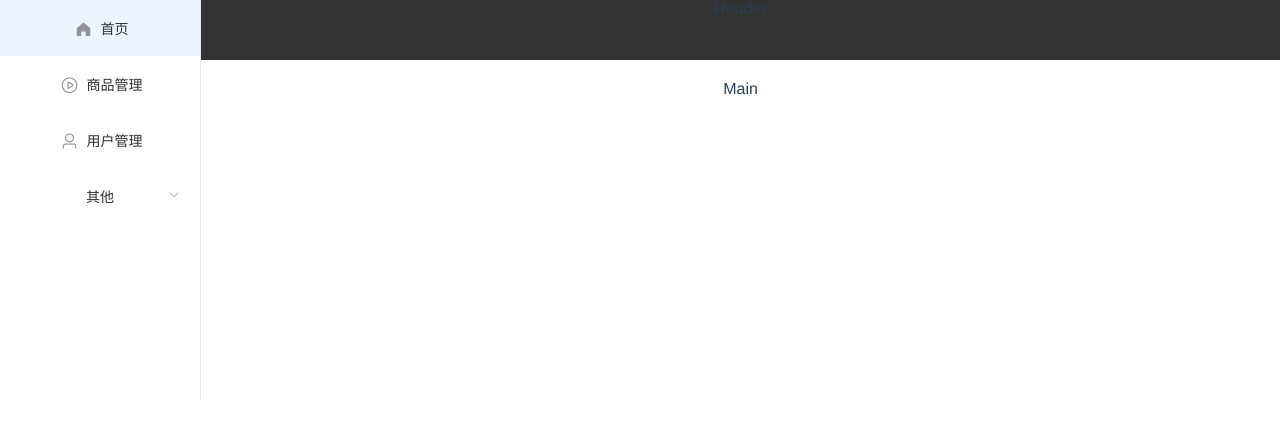
Repository: zhangwen001208/cmd
Page: /
An editor plug-in stored every save of this project. The page is shown before and after the next save, followed by the edit.
The browser window is 1280 px wide. The pictures show the whole page.
The project was rebuilt for these pictures with package versions that can differ from the ones it lists, and the page was loaded fresh each time. Also part of the build but not shown: vue.config.js.

Above is the page before, as saved 2022-08-24 17:02:18.

### src/main.js
import Vue from 'vue'
import App from './App.vue'
import router from './router'
import store from './store'
import ElementUI from 'element-ui';
import 'element-ui/lib/theme-chalk/index.css';

import 'normalize.css'
import './assets/css/index.less'

Vue.config.productionTip = false

Vue.use( ElementUI )

new Vue({
  router,
  store,

  render: h => h(App)
}).$mount('#app')

### src/App.vue
<template>
  <div id="app">
    <router-view/>
  </div>
</template>

<style lang="less">
#app {
  font-family: Avenir, Helvetica, Arial, sans-serif;
  -webkit-font-smoothing: antialiased;
  -moz-osx-font-smoothing: grayscale;
  text-align: center;
  color: #2c3e50;
}

nav {
  padding: 30px;

  a {
    font-weight: bold;
    color: #2c3e50;

    &.router-link-exact-active {
      color: #42b983;
    }
  }
}
</style>

### src/router/index.js
import Vue from 'vue'
import VueRouter from 'vue-router'
import HomeView from '../views/HomeView.vue'

Vue.use(VueRouter)

const routes = [
  {
    path: '/',
    name: 'home',
    component: HomeView
  },

]

const router = new VueRouter({
  mode: 'history',
  base: process.env.BASE_URL,
  routes
})

export default router

### src/assets/css/index.less
@import './base.less';

### src/views/HomeView.vue
<template>
  <div class="home">
      <el-container style="height: 100%">
        <el-aside width="auto">
          <home-aside/>
        </el-aside>
        <el-container>
          <el-header class="header">Header</el-header>
          <el-main>Main</el-main>
        </el-container>
    </el-container>


  </div>
</template>

<script>
// @ is an alias to /src

import HomeAside from '../components/HomeAside.vue'

export default {
  name: 'HomeView',
  components: {
    HomeAside

  }
}
</script>
<style lang="less" scoped>
.header{
  background-color: #333;
}

</style>

### src/assets/css/base.less

body{
    padding: 0;
    margin: 0;
}

html,body,#app {
    width: 100%;
    height: 100%;
}

### src/components/HomeAside.vue
<template>
<el-menu default-active="1-4-1" class="el-menu-vertical-demo" @open="handleOpen" @close="handleClose" :collapse="isCollapse">
  <el-menu-item v-for="item in nochildren" index="item.path" :key="item.path">
    <i :class="'el-icon-'+item.icon"></i>
    <span slot="title">{{item.label}}</span>
  </el-menu-item>
  <el-submenu v-for="item in haschildren" index="item.path" :key="item.path">
    <template slot="title">
      <i class="'el-icon-'+item.icon"></i>
      <span slot="title">{{item.label}}</span>
    </template>
    <el-menu-item-group v-for="subitem in item.children" index='subitem.path' :key="subitem.path">

      <el-menu-item index="1-1">{{subitem.label}}</el-menu-item>

    </el-menu-item-group>

  </el-submenu>


</el-menu>

</template>

<script>
export default {
    data() {
      return {
        isCollapse: false,
        menu:[
          {
            path: '/',
            name: 'home',
            label: '首页',
            icon: 's-home',
            url: 'Home/home'
          },
           {
            path: '/mall',
            name: 'mall',
            label: '商品管理',
            icon: 'video-play',
            url: 'MallManage/MallManage'
          },
           {
            path: '/user',
            name: 'user',
            label: '用户管理',
            icon: 'user',
            url: 'UserManage/UserManage'
          },
           {

            label: '其他',
            icon: 'location',
           children: [
            {
            path: '/page1',
            name: 'page1',
            label: '页面1',
            icon: 'setting',
            url: 'Other/pageOne'
            },
            {
            path: '/page2',
            name: 'page2',
            label: '页面2',
            icon: 'setting',
            url: 'Other/pageTwo'
            }

           ]
          }

        ]
      };
    },
    methods: {
      handleOpen(key, keyPath) {
        console.log(key, keyPath);
      },
      handleClose(key, keyPath) {
        console.log(key, keyPath);
      }
    },
    computed: {
      nochildren() {
        return this.menu.filter(item => !item.children)
      },
      haschildren() {
         return this.menu.filter(item => item.children)
      }
    }
  }
</script>

<style lang="less" scoped>
  .el-menu-vertical-demo:not(.el-menu--collapse) {
    width: 200px;
    min-height: 400px;
  }

</style>

Loaded but not shown: public/index.html (common file); src/store/index.js (common file)

After the next save:
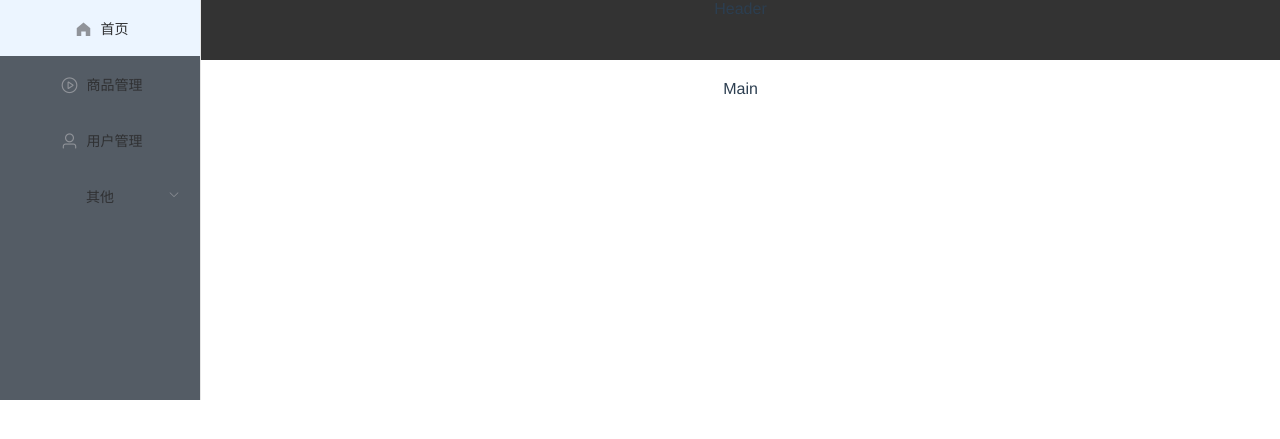
Saved 56 s later.
--- a/src/components/HomeAside.vue
+++ b/src/components/HomeAside.vue
@@ -1,5 +1,5 @@
 <template>
-<el-menu default-active="1-4-1" class="el-menu-vertical-demo" @open="handleOpen" @close="handleClose" :collapse="isCollapse">
+<el-menu  default-active="1-4-1" class="el-menu-vertical-demo" @open="handleOpen" @close="handleClose" :collapse="isCollapse">
   <el-menu-item v-for="item in nochildren" index="item.path" :key="item.path">
     <i :class="'el-icon-'+item.icon"></i>
     <span slot="title">{{item.label}}</span>
@@ -98,6 +98,7 @@ export default {
   .el-menu-vertical-demo:not(.el-menu--collapse) {
     width: 200px;
     min-height: 400px;
+    background-color: #545c65;
   }
 
 </style>
